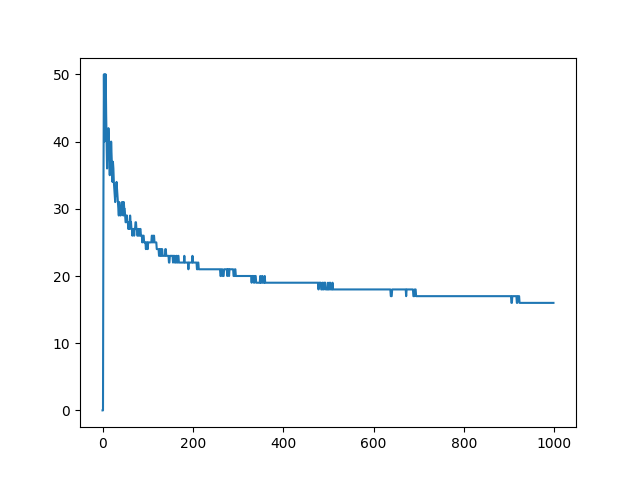
Repository: Vorztek/Data
Script's output: python Exercices_Python/Old_project/Maths_and_algorithms/Première_série_exo/génération_nombre_premiers.py
An editor plug-in stored every save of this project. The script's output is shown before and after the next save, followed by the edit.
Random numbers start from a fixed seed.

Above is the script's output before, as saved 2021-07-28 13:49:17.

### Exercices_Python/Old_project/Maths_and_algorithms/Première_série_exo/génération_nombre_premiers.py
import matplotlib.pyplot as plt
import numpy as np

def is_prime(p):
    if p < 2:
        return False
    for j in range(2, p):
        if p % j == 0:
            return False
    else:
        return True

def number_of_prime(n):
    compte = 0
    # Pour chaque élement compris dans la liste de chaque élement de l'intervalle
    for i in range(n):
        if is_prime(i) is True:
            compte += 1
    # Print("Entre 1 et {} il y a {} nombres premier".format(valeur, compte))
    pourcent = ((compte / n) *100)
    return int(pourcent)

def courbe():
    global valeur
    valeur = 1000#l'input à add un jour
    liste1 = []
    for n in range(1, valeur):
        liste1.append(number_of_prime(n))
    return liste1


plt.plot(courbe())
plt.show()

After the next save:
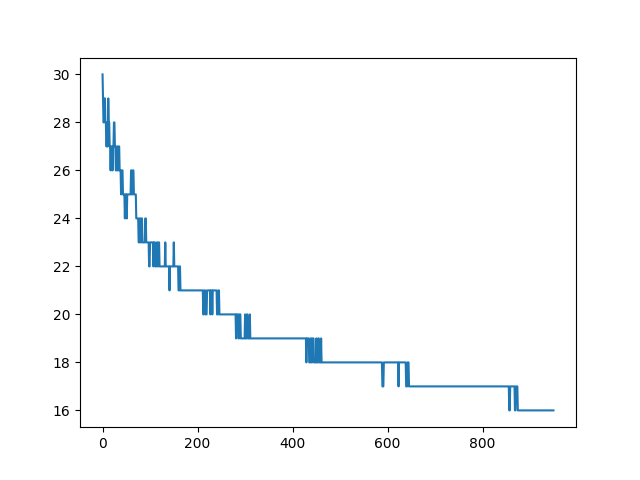
Saved 16 s later.
--- a/Exercices_Python/Old_project/Maths_and_algorithms/Première_série_exo/génération_nombre_premiers.py
+++ b/Exercices_Python/Old_project/Maths_and_algorithms/Première_série_exo/génération_nombre_premiers.py
@@ -24,7 +24,7 @@ def courbe():
     global valeur
     valeur = 1000#l'input à add un jour
     liste1 = []
-    for n in range(1, valeur):
+    for n in range(50, valeur):
         liste1.append(number_of_prime(n))
     return liste1
 
